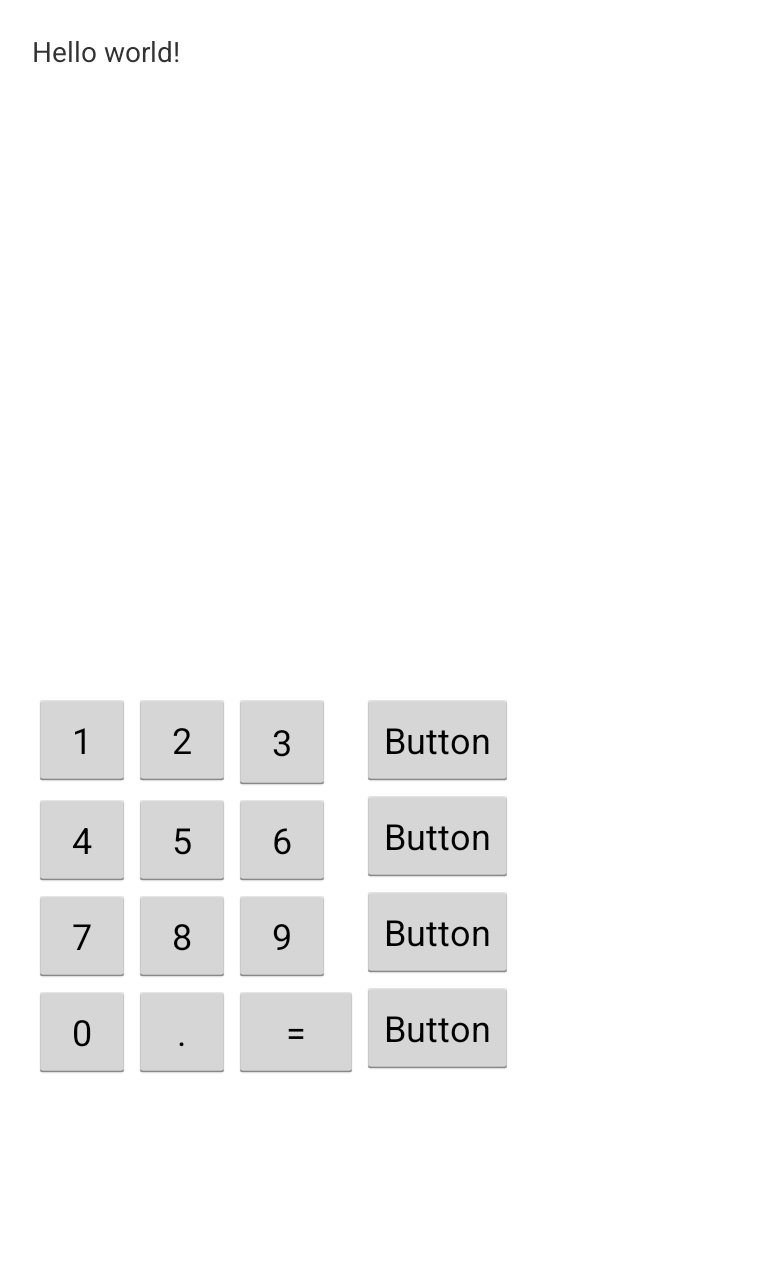
Repository: freelancer-dorian/exerciseAndroid
Layout: 05-20-UIBasic/Layout/res/layout/fragment_main.xml
The author's editor kept a copy of each file at every save. The layout is drawn from the files as they stood at one save, then again after the next save.
It is drawn on a 768 x 1280 px phone screen (xhdpi) without system bars, with theme AppTheme; the app's code is not run.

Above is the layout before, as saved 2014-05-22 07:39:24.

### 05-20-UIBasic/Layout/res/layout/fragment_main.xml
<RelativeLayout xmlns:android="http://schemas.android.com/apk/res/android"
    xmlns:tools="http://schemas.android.com/tools"
    android:layout_width="match_parent"
    android:layout_height="match_parent"
    android:paddingBottom="@dimen/activity_vertical_margin"
    android:paddingLeft="@dimen/activity_horizontal_margin"
    android:paddingRight="@dimen/activity_horizontal_margin"
    android:paddingTop="@dimen/activity_vertical_margin"
    tools:context="com.dorian.layout.MainActivity$PlaceholderFragment" >

    <TextView
        android:id="@+id/textView1"
        android:layout_width="wrap_content"
        android:layout_height="wrap_content"
        android:text="@string/hello_world" />

    <GridLayout
        android:id="@+id/gridLayout1"
        android:layout_width="wrap_content"
        android:layout_height="wrap_content"
        android:layout_alignLeft="@+id/textView1"
        android:layout_alignParentBottom="true"
        android:layout_marginBottom="84dp"
        android:columnCount="3"
        android:rowCount="4" >

        <Button
            android:id="@+id/Button01"
            android:layout_width="50dp"
            android:layout_height="match_parent"
            android:text="@string/number1_buttons" />

        <Button
            android:id="@+id/Button02"
            android:layout_width="50dp"
            android:layout_height="match_parent"
            android:text="@string/number2_buttons" />

        <Button
            android:id="@+id/Button04"
            android:layout_width="50dp"
            android:layout_height="match_parent"
            android:layout_column="0"
            android:layout_gravity="left|top"
            android:layout_row="1"
            android:text="@string/number4_buttons" />

        <Button
            android:id="@+id/Button03"
            android:layout_width="50dp"
            android:layout_height="match_parent"
            android:layout_column="2"
            android:layout_gravity="left|top"
            android:layout_row="0"
            android:height="50dp"
            android:text="@string/number3_buttons"
            android:width="50dp" />

        <Button
            android:id="@+id/Button07"
            android:layout_width="50dp"
            android:layout_height="match_parent"
            android:layout_column="0"
            android:layout_gravity="left|top"
            android:layout_row="2"
            android:text="@string/number7_buttons" />

        <Button
            android:id="@+id/Button05"
            android:layout_width="50dp"
            android:layout_height="match_parent"
            android:layout_column="1"
            android:layout_gravity="left|top"
            android:layout_row="1"
            android:text="@string/number5_buttons" />

        <Button
            android:id="@+id/Button06"
            android:layout_width="50dp"
            android:layout_height="match_parent"
            android:layout_column="2"
            android:layout_gravity="left|top"
            android:layout_row="1"
            android:text="@string/number6_buttons" />

        <Button
            android:id="@+id/Button08"
            android:layout_width="50dp"
            android:layout_height="match_parent"
            android:layout_column="1"
            android:layout_gravity="left|top"
            android:layout_row="2"
            android:text="@string/number8_buttons" />

        <Button
            android:id="@+id/Button09"
            android:layout_width="50dp"
            android:layout_height="match_parent"
            android:layout_column="2"
            android:layout_gravity="left|top"
            android:layout_row="2"
            android:text="@string/number9_buttons" />

        <Button
            android:id="@+id/Button00"
            android:layout_width="50dp"
            android:layout_height="match_parent"
            android:layout_column="0"
            android:layout_gravity="left|top"
            android:layout_row="3"
            android:text="@string/number0_buttons" />

        <Button
            android:id="@+id/ButtonDot"
            android:layout_width="50dp"
            android:layout_height="match_parent"
            android:layout_column="1"
            android:layout_gravity="left|top"
            android:layout_row="3"
            android:text="@string/dot_button" />

        <Button
            android:id="@+id/ButtonEqual"
            android:layout_column="2"
            android:layout_gravity="left|top"
            android:layout_row="3"
            android:text="@string/equal_button" />

    </GridLayout>

    <LinearLayout
        android:layout_width="wrap_content"
        android:layout_height="wrap_content"
        android:layout_alignBottom="@+id/gridLayout1"
        android:layout_alignTop="@+id/gridLayout1"
        android:layout_toRightOf="@+id/gridLayout1"
        android:orientation="vertical" >

        <Button
            android:id="@+id/add"
            android:layout_width="wrap_content"
            android:layout_height="wrap_content"
            android:text="Button" />

        <Button
            android:id="@+id/minus"
            android:layout_width="wrap_content"
            android:layout_height="wrap_content"
            android:text="Button" />

        <Button
            android:id="@+id/multiply"
            android:layout_width="wrap_content"
            android:layout_height="wrap_content"
            android:text="Button" />

        <Button
            android:id="@+id/divide"
            android:layout_width="wrap_content"
            android:layout_height="wrap_content"
            android:text="Button" />

    </LinearLayout>

</RelativeLayout>

### 05-20-UIBasic/Layout/res/values/strings.xml
<?xml version="1.0" encoding="utf-8"?>
<resources>

    <string name="app_name">Layout</string>
    <string name="hello_world">Hello world!</string>
    <string name="action_settings">Settings</string>

	<string name="number0_buttons">0</string>
    <string name="number1_buttons">1</string>
    <string name="number2_buttons">2</string>
    <string name="number3_buttons">3</string>
    <string name="number4_buttons">4</string>
    <string name="number5_buttons">5</string>
    <string name="number6_buttons">6</string>
    <string name="number7_buttons">7</string>
    <string name="number8_buttons">8</string>
    <string name="number9_buttons">9</string>
    <string name="dot_button">.</string>
    <string name="equal_button">=</string>
    <string name="add_button">+</string>
    <string name="minus_button">-</string>
    <string name="multiply_button">*</string>
    <string name="divide_button">÷</string>


</resources>

Loaded but not shown: 05-20-UIBasic/Layout/res/values/styles.xml (common file); 05-20-UIBasic/Layout/res/values-v11/styles.xml (common file); 05-20-UIBasic/Layout/res/values-v14/styles.xml (common file); 05-20-UIBasic/Layout/res/values/dimens.xml (common file); 05-20-UIBasic/Layout/res/values-w820dp/dimens.xml (common file)

After the next save:
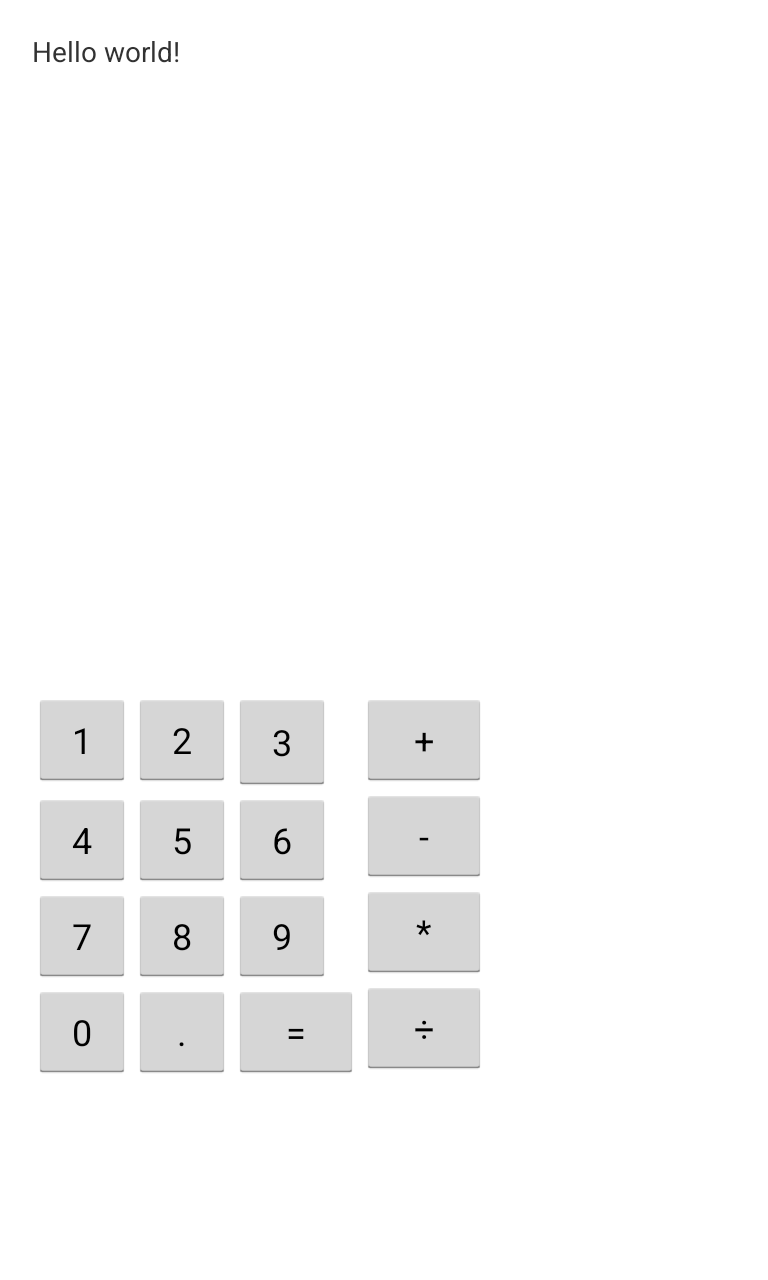
Saved 39 s later.
--- a/05-20-UIBasic/Layout/res/layout/fragment_main.xml
+++ b/05-20-UIBasic/Layout/res/layout/fragment_main.xml
@@ -140,26 +140,25 @@
             android:id="@+id/add"
             android:layout_width="wrap_content"
             android:layout_height="wrap_content"
-            android:text="Button" />
+            android:text="@string/add_button" />
 
         <Button
             android:id="@+id/minus"
             android:layout_width="wrap_content"
             android:layout_height="wrap_content"
-            android:text="Button" />
+            android:text="@string/minus_button" />
 
         <Button
             android:id="@+id/multiply"
             android:layout_width="wrap_content"
             android:layout_height="wrap_content"
-            android:text="Button" />
+            android:text="@string/multiply_button" />
 
         <Button
             android:id="@+id/divide"
             android:layout_width="wrap_content"
             android:layout_height="wrap_content"
-            android:text="Button" />
-
+            android:text="@string/divide_button" />
     </LinearLayout>
 
 </RelativeLayout>
